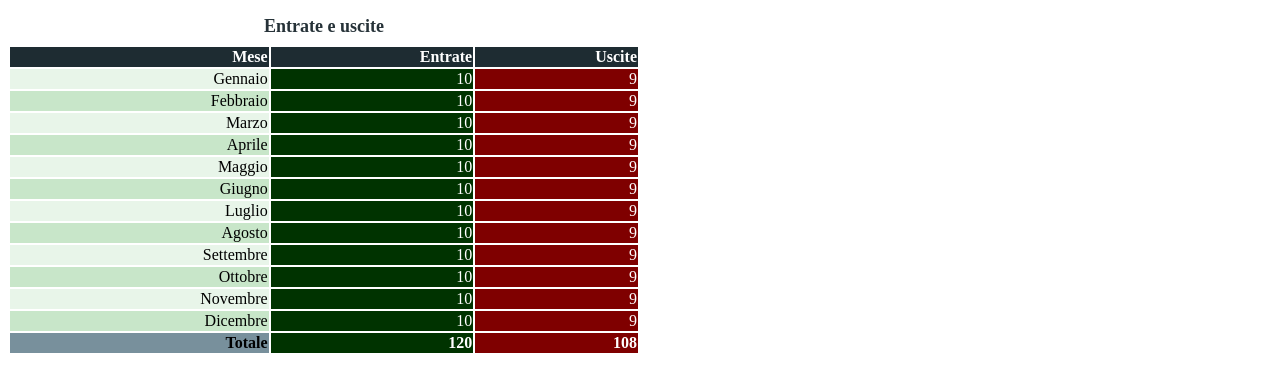
Repository: CryptoFamilyNFT/develhope
Page: css/tabellaCSS/index.html
The author's editor kept a copy of each file at every save. The page is drawn from the files as they stood at one save, then again after the next save.
The browser window is 1280 px wide. The pictures show the whole page.

Above is the page before, as saved 2024-11-12 11:36:04.

### css/tabellaCSS/index.html
<!DOCTYPE html>
<html>

<head>
    <meta http-equiv="X-UA-Compatible" content="IE=edge" />
    <meta charset="utf-8" />
    <meta name="viewport" content="width=device-width, initial-scale=1.0, maximum-scale=1.0, user-scalable=no" />
    <title>Lezione CSS</title>
    <link rel="stylesheet" href="style.css" />
</head>

<body>
    <table>
        <caption>Entrate e uscite</caption>
        <thead>
            <tr>
                <th>Mese</th>
                <th>Entrate</th>
                <th>Uscite</th>
            </tr>
        </thead>
        <tbody>
            <tr>
                <td>Gennaio</td>
                <td>10</td>
                <td>9</td>
            </tr>
            <tr>
                <td>Febbraio</td>
                <td>10</td>
                <td>9</td>
            </tr>
            <tr>
                <td>Marzo</td>
                <td>10</td>
                <td>9</td>
            </tr>
            <tr>
                <td>Aprile</td>
                <td>10</td>
                <td>9</td>
            </tr>
            <tr>
                <td>Maggio</td>
                <td>10</td>
                <td>9</td>
            </tr>
            <tr>
                <td>Giugno</td>
                <td>10</td>
                <td>9</td>
            </tr>
            <tr>
                <td>Luglio</td>
                <td>10</td>
                <td>9</td>
            </tr>
            <tr>
                <td>Agosto</td>
                <td>10</td>
                <td>9</td>
            </tr>
            <tr>
                <td>Settembre</td>
                <td>10</td>
                <td>9</td>
            </tr>
            <tr>
                <td>Ottobre</td>
                <td>10</td>
                <td>9</td>
            </tr>
            <tr>
                <td>Novembre</td>
                <td>10</td>
                <td>9</td>
            </tr>
            <tr>
                <td>Dicembre</td>
                <td>10</td>
                <td>9</td>
            </tr>

        </tbody>
        <tfoot>
            <tr>
                <td>Totale</td>
                <td>120</td>
                <td>108</td>
            </tr>
        </tfoot>
    </table>

</body>

</html>

### css/tabellaCSS/style.css
table {
    border: 1px di colore #263238;
    width: 50%;
}

table>caption {
    font-size: 18px;
    font-weight: bold;
    color: #263238;
    padding: 8px;
}

table>thead>tr,
th {
    background-color: #1e2c32;
    color: white;
    font-weight: 700;
}

tr {
    background-color: transparent;
}

tr:nth-child(even) {
    background-color: #c8e6c9;
}

tr:nth-child(odd) {
    background-color: #e8f5e9;
}

tbody > tr,
td:nth-child(2) {
    background-color: #003300;
    color: white;

}

tbody > tr,
td:nth-child(1) {
    color: black;

}

tbody>tr,
td:nth-child(3) {
    background-color: #7f0000;
    color: white;

}

tr,
td:nth-child(2) {
    text-align: end;
}

tfoot>tr:last-child {
    background-color: #78909c;
    color: white;
    font-weight: 800;
}

After the next save:
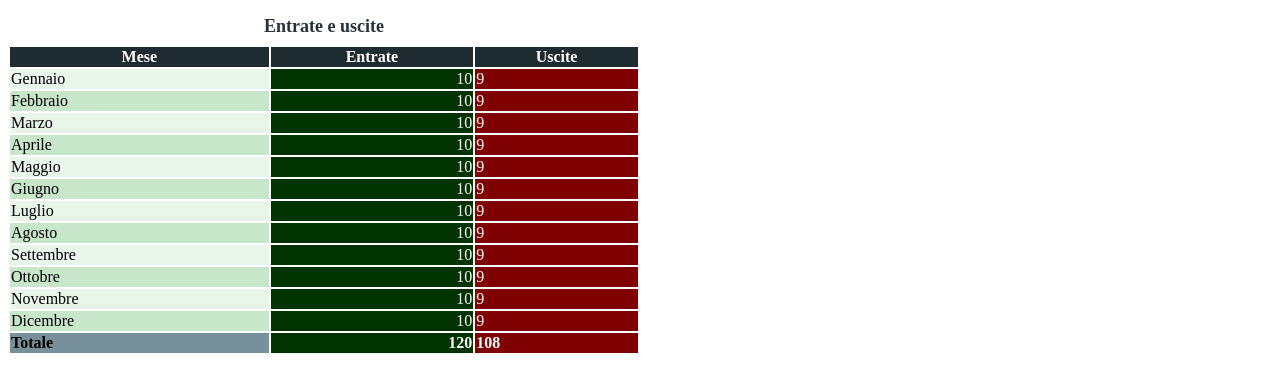
Saved 15 s later.
--- a/css/tabellaCSS/style.css
+++ b/css/tabellaCSS/style.css
@@ -49,8 +49,7 @@ td:nth-child(3) {
 
 }
 
-tr,
-td:nth-child(2) {
+tr > td:nth-child(2) {
     text-align: end;
 }
 
